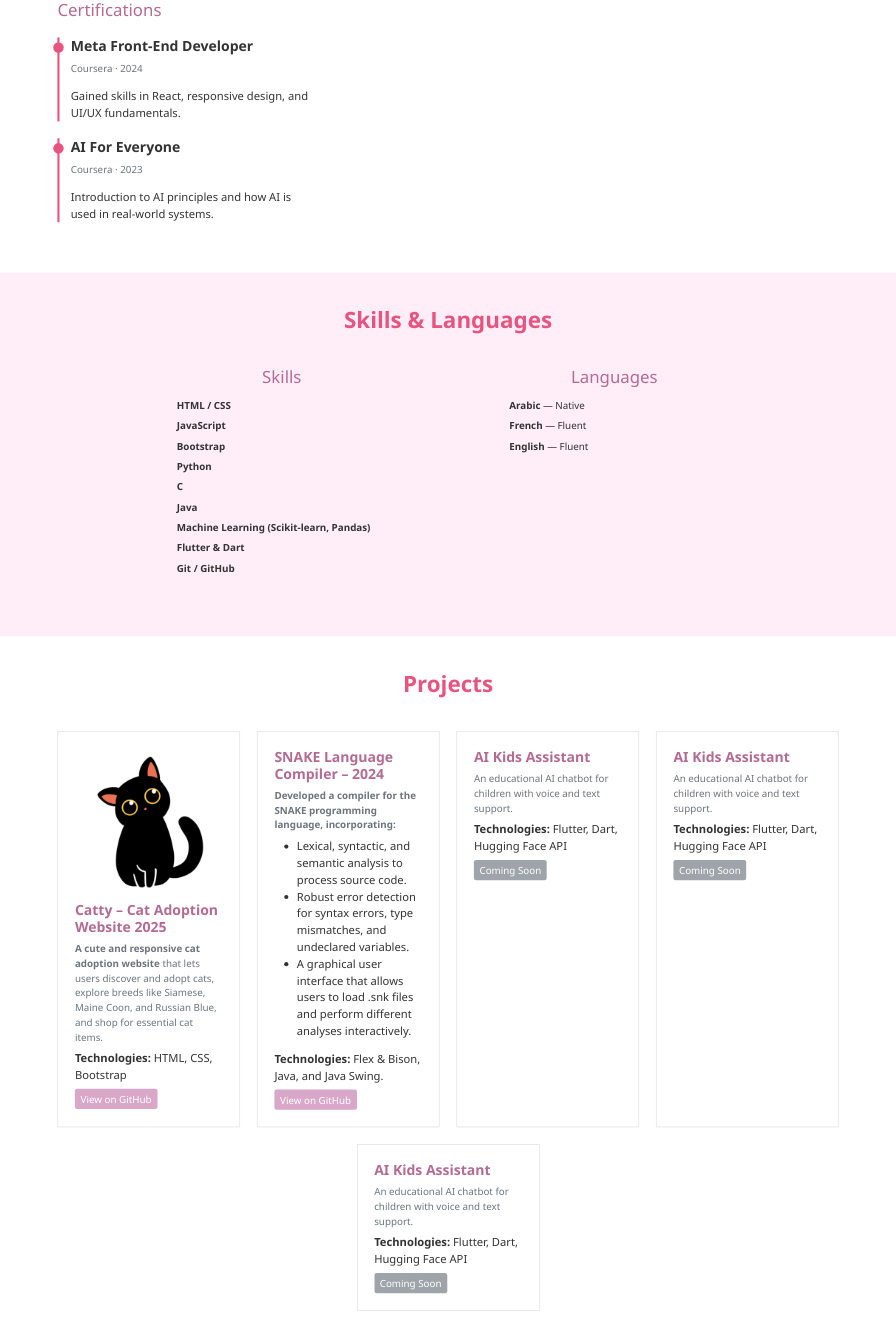
Repository: rihebtlh/portfolio
Page: new.html
These files come from the project's save history. The page is drawn as it stood at one moment and after the next save; the edit follows.
The browser window is 1280 px wide. The pictures show the part of the page from y = 1729 to 3649 px (the page is 3649 px tall), at 70% of full size.

Above is the page before, as saved 2025-07-02 16:16:06.

### new.html
<!DOCTYPE html>
<html lang="en">
<head>
  <meta charset="UTF-8" />
  <meta name="viewport" content="width=device-width, initial-scale=1.0" />
  <title>Riheb Talhi Portfolio</title>
  <link href="https://cdn.jsdelivr.net/npm/bootstrap@5.0.2/dist/css/bootstrap.min.css" rel="stylesheet" />
  <script src="https://cdn.jsdelivr.net/npm/bootstrap@5.0.2/dist/js/bootstrap.bundle.min.js"></script>
  <link rel="stylesheet" href="https://cdn.jsdelivr.net/npm/bootstrap-icons@1.10.5/font/bootstrap-icons.css">


  <style>
    body {
      font-family: 'Segoe UI', sans-serif;
      color: #333;
      background: #fff;
    }

    .navbar {
      background: rgba(255, 255, 255, 0.9);
      box-shadow: 0 4px 6px rgba(0, 0, 0, 0.05);
    }

    .navbar-nav .nav-link {
      color: #b36b94 !important;
      font-weight: 500;
    }

    .navbar-nav .nav-link:hover {
      color: #e75480 !important;
    }

    .btn-secondary {
      background-color: #d9a7c7;
      border: none;
    }

    .btn-secondary:hover {
      background-color: #e2b8d3;
    }

    h1, h2 {
      font-weight: 700;
    }

    .display-2 {
      color: #e75480;
    }

    .display-5 {
      color: #a070a8;
    }

    section {
      padding: 4rem 0;
    }

    .head {
      background-color: #ffeef8;
    }

    .about {
      background-color: #ffffff;
    }

    .about h2 {
      color: #e75480;
    }

    .about p {
      font-size: 1.1rem;
      color: #444;
      max-width: 800px;
    }

    img.rounded-circle {
      border: 4px solid #fff;
    }
    /* Simple timeline style */
  .timeline-item {
    border-left: 3px solid #e75480;
    padding-left: 1rem;
    position: relative;
  }
  .timeline-item::before {
    content: '';
    position: absolute;
    left: -9px;
    top: 0.4rem;
    width: 15px;
    height: 15px;
    background: #e75480;
    border-radius: 50%;
  }
  </style>
</head>
<body>

  <!-- Navbar -->
  <nav class="navbar navbar-expand-md navbar-light fixed-top">
    <div class="container-xxl">
      <button class="navbar-toggler" type="button" data-bs-toggle="collapse" data-bs-target="#main-nav"
        aria-controls="main-nav" aria-expanded="false" aria-label="Toggle navigation">
        <span class="navbar-toggler-icon"></span>
      </button>

      <div class="collapse navbar-collapse justify-content-end align-items-center" id="main-nav">
        <ul class="navbar-nav">
          <li class="nav-item"><a class="nav-link" href="#about">About Me</a></li>
          <li class="nav-item"><a class="nav-link" href="#resume">My Resume</a></li>
          <li class="nav-item"><a class="nav-link" href="#skills">Skills & Languages</a></li>
          <li class="nav-item"><a class="nav-link" href="#projects">Projects</a></li>
          <li class="nav-item ms-2 d-none d-md-inline">
            <a class="btn btn-secondary" href="#contact">Contact me here!</a>
          </li>
        </ul>
      </div>
    </div>
  </nav>

  <!-- Hero Section -->
    <section class="head d-flex align-items-center" style="min-height: 100vh;" id="home">
    <div class="container-lg">
        <div class="row justify-content-center align-items-center">
        <div class="col-md-8 text-start">
            <h1>
            <div class="display-2 fw-bold">Riheb Talhi</div>
            <div class="display-5">Computer Science Student</div>
            <div class="display-6 text-muted">just love to solve real-world problems through creative coding.</div>
            </h1>
        </div>
        <div class="col-md-4 text-center d-none d-md-block">
            <span class="tt" data-bs-placement="bottom" title="pic">
            <img src="/assets/pic.jpg" alt="Your photo" class="img-fluid rounded-circle shadow" style="max-height: 400px;">
            </span>
        </div>
        </div>
    </div>
    </section>


  <!-- About Me Section (White) -->
  <section class="about" id="about">
    <div class="container-lg">
      <div class="row justify-content-center">
        <div class="col-md-5">
          <h2 class="mb-4">About Me</h2>
          <p><strong>Name:</strong> Riheb Talhi</p>
          <p><strong>Email:</strong> talhiriheb@gmail.com</p>
          <p><strong>Education:</strong> university of science and technology of oran - mohamed boudiaf</p>
          <p>
            <i class="bi bi-github text-dark me-2"></i>
            <a href="https://github.com/rihebtlh" target="_blank">@rihebtlh</a>
          </p>
          <p>
            <i class="bi bi-linkedin"></i>
            <a href="https://www.linkedin.com/in/riheb-talhi-bab320293" target="_blank">Talhi Riheb</a>
          </p>
          <p>
            I love building smart, helpful apps and exploring the world of artificial intelligence.
            Currently, I'm focused on AI development especially in natural language processing (NLP) and machine learning (ML).
          </p>

        </div>
      </div>
    </div>
  </section>
  <!-- Resume Section -->
    <section id="resume" class="py-5" style="background:#fff;">
        <div class="container-lg">
            <h2 class="mb-5" style="color:#e75480;">My Resume</h2>
            <div class="row">

            <!-- Education -->
            <div class="col-md-6 mb-4">
                <h4 class="mb-4" style="color:#b36b94;">Education</h4>
                <div class="timeline">
                <div class="timeline-item mb-4">
                    <h5 class="mb-1 fw-bold">University of Science and Technology of Oran - Mohamed Boudiaf</h5>
                    <p class="text-muted mb-0"><small>Bachelor's Degree in Computer Science</small></p>
                    <p class="text-muted"><small>2022 - 2025</small></p>
                    <p>Focused on software development, AI, and data structures.</p>
                </div>
                <!-- Add more education here if needed -->
                </div>
            </div>

            <!-- Experience -->
            <div class="col-md-6 mb-4">
                <h4 class="mb-4" style="color:#b36b94;">Experience</h4>
                <div class="timeline">
                <div class="timeline-item mb-4">
                    <h5 class="mb-1 fw-bold">Internship at XYZ Company</h5>
                    <p class="text-muted mb-0"><small>Summer 2023</small></p>
                    <p>Worked on developing web applications and learning Agile methodologies.</p>
                </div>
                <div class="timeline-item mb-4">
                    <h5 class="mb-1 fw-bold">Freelance Web Developer</h5>
                    <p class="text-muted mb-0"><small>2022 - Present</small></p>
                    <p>Built personal and small business websites with modern UI/UX design.</p>
                </div>
                <!-- Add more experience as needed -->
                </div>
            </div>
            </div>
            <!-- Certifications -->
            <div class="col-md-4 mb-4">
                <h4 class="mb-4" style="color:#b36b94;">Certifications</h4>
                <div class="timeline">
                <div class="timeline-item mb-4">
                    <h5 class="fw-bold">Meta Front-End Developer</h5>
                    <p class="text-muted"><small>Coursera · 2024</small></p>
                    <p>Gained skills in React, responsive design, and UI/UX fundamentals.</p>
                </div>
                <div class="timeline-item mb-4">
                    <h5 class="fw-bold">AI For Everyone</h5>
                    <p class="text-muted"><small>Coursera · 2023</small></p>
                    <p>Introduction to AI principles and how AI is used in real-world systems.</p>
                </div>
                </div>
            </div>
        </div>
    </section>
    <!-- Skills & Languages Section -->
    <section id="skills" class="py-5" style="background-color: #ffeef8;">
    <div class="container-lg text-center">
        <h2 class="mb-5" style="color: #e75480;">Skills & Languages</h2>

        <div class="row justify-content-center">
        <!-- Skills -->
        <div class="col-md-5 mb-4">
            <h4 class="mb-3" style="color: #b36b94;">Skills</h4>
            <ul class="list-unstyled small text-start mx-auto" style="max-width: 300px;">
            <li class="mb-2"><strong>HTML / CSS</strong></li>
            <li class="mb-2"><strong>JavaScript</strong></li>
            <li class="mb-2"><strong>Bootstrap</strong></li>
            <li class="mb-2"><strong>Python</strong></li>
            <li class="mb-2"><strong>C</strong></li>
            <li class="mb-2"><strong>Java</strong></li>
            <li class="mb-2"><strong>Machine Learning (Scikit-learn, Pandas)</strong></li>
            <li class="mb-2"><strong>Flutter & Dart</strong></li>
            <li class="mb-2"><strong>Git / GitHub</strong></li>
            </ul>
        </div>

        <!-- Languages -->
        <div class="col-md-5 mb-4">
            <h4 class="mb-3" style="color: #b36b94;">Languages</h4>
            <ul class="list-unstyled small text-start mx-auto" style="max-width: 300px;">
            <li class="mb-2"><strong>Arabic</strong> — Native</li>
            <li class="mb-2"><strong>French</strong> — Fluent</li>
            <li class="mb-2"><strong>English</strong> — Fluent</li>
            </ul>
        </div>
        </div>
    </div>
    </section>
    <!-- Projects Section -->
    <section id="projects" class="py-5" style="background-color: #fff;">
      <div class="container-lg">
        <h2 class="mb-5 text-center" style="color: #e75480;">Projects</h2>

        <div class="row justify-content-center g-4">

          <!-- Project 1 -->
          <div class="col-md-3">
            <div class="p-4 border rounded-4 h-100" style="border-color: #ffd6e8; background-color: #fff;">
              <!-- Project Image -->
              <img src="assets/catLogo.webp" alt="Catty Website Preview" class="img-fluid rounded mb-2">
              <!-- Project Content -->
              <h5 class="fw-bold" style="color: #b36b94;">Catty – Cat Adoption Website 2025</h5>
              <p class="text-muted small mb-2"><strong>A cute and responsive cat adoption website</strong> that lets users discover and adopt cats, explore breeds like Siamese, Maine Coon, and Russian Blue, and shop for essential cat items.</p>
              <p class="mb-2"><strong>Technologies:</strong> HTML, CSS, Bootstrap</p>
              <a href="https://github.com/rihebtlh/catty-storefront" target="_blank" class="btn btn-sm btn-secondary">View on GitHub</a>
            </div>
          </div>
          <!-- Project 2 -->
          <div class="col-md-3">
            <div class="p-4 border rounded-4 h-100" style="border-color: #ffd6e8;">
              <h5 class="fw-bold" style="color: #b36b94;">SNAKE Language Compiler – 2024</h5>
              <p class="text-muted small mb-2"><strong>Developed a compiler for the SNAKE programming language, incorporating:</strong></p>
              <p class="text-muted small mb-2">
                <ul>
                  <li>Lexical, syntactic, and semantic analysis to process source code.</li>
                  <li>Robust error detection for syntax errors, type mismatches, and undeclared variables.</li>
                  <li>A graphical user interface that allows users to load .snk files and perform different analyses interactively.</li>
                </ul>
              </p>
              <p class="mb-2"><strong>Technologies:</strong> Flex & Bison, Java, and Java Swing.</p>
              <a href="https://github.com/rihebtlh/Compilation" target="_blank" class="btn btn-sm btn-secondary">View on GitHub</a>
            </div>
          </div>
          <!-- Project 3 -->
          <div class="col-md-3">
            <div class="p-4 border rounded-4 h-100" style="border-color: #ffd6e8;">
              <h5 class="fw-bold" style="color: #b36b94;">AI Kids Assistant</h5>
              <p class="text-muted small mb-2">An educational AI chatbot for children with voice and text support.</p>
              <p class="mb-2"><strong>Technologies:</strong> Flutter, Dart, Hugging Face API</p>
              <a href="#" target="_blank" class="btn btn-sm btn-secondary disabled">Coming Soon</a>
            </div>
          </div>
          <!-- Project 4 -->
          <div class="col-md-3">
            <div class="p-4 border rounded-4 h-100" style="border-color: #ffd6e8;">
              <h5 class="fw-bold" style="color: #b36b94;">AI Kids Assistant</h5>
              <p class="text-muted small mb-2">An educational AI chatbot for children with voice and text support.</p>
              <p class="mb-2"><strong>Technologies:</strong> Flutter, Dart, Hugging Face API</p>
              <a href="#" target="_blank" class="btn btn-sm btn-secondary disabled">Coming Soon</a>
            </div>
          </div>
          <!-- Project 5 -->
          <div class="col-md-3">
            <div class="p-4 border rounded-4 h-100" style="border-color: #ffd6e8;">
              <h5 class="fw-bold" style="color: #b36b94;">AI Kids Assistant</h5>
              <p class="text-muted small mb-2">An educational AI chatbot for children with voice and text support.</p>
              <p class="mb-2"><strong>Technologies:</strong> Flutter, Dart, Hugging Face API</p>
              <a href="#" target="_blank" class="btn btn-sm btn-secondary disabled">Coming Soon</a>
            </div>
          </div>

          <!-- Add more projects here -->

        </div>
      </div>
    </section>






  <!-- Tooltip Init -->
  <script>
    const tooltips = document.querySelectorAll('.tt');
    tooltips.forEach(t => {
      new bootstrap.Tooltip(t);
    });
  </script>

</body>
</html>

After the next save:
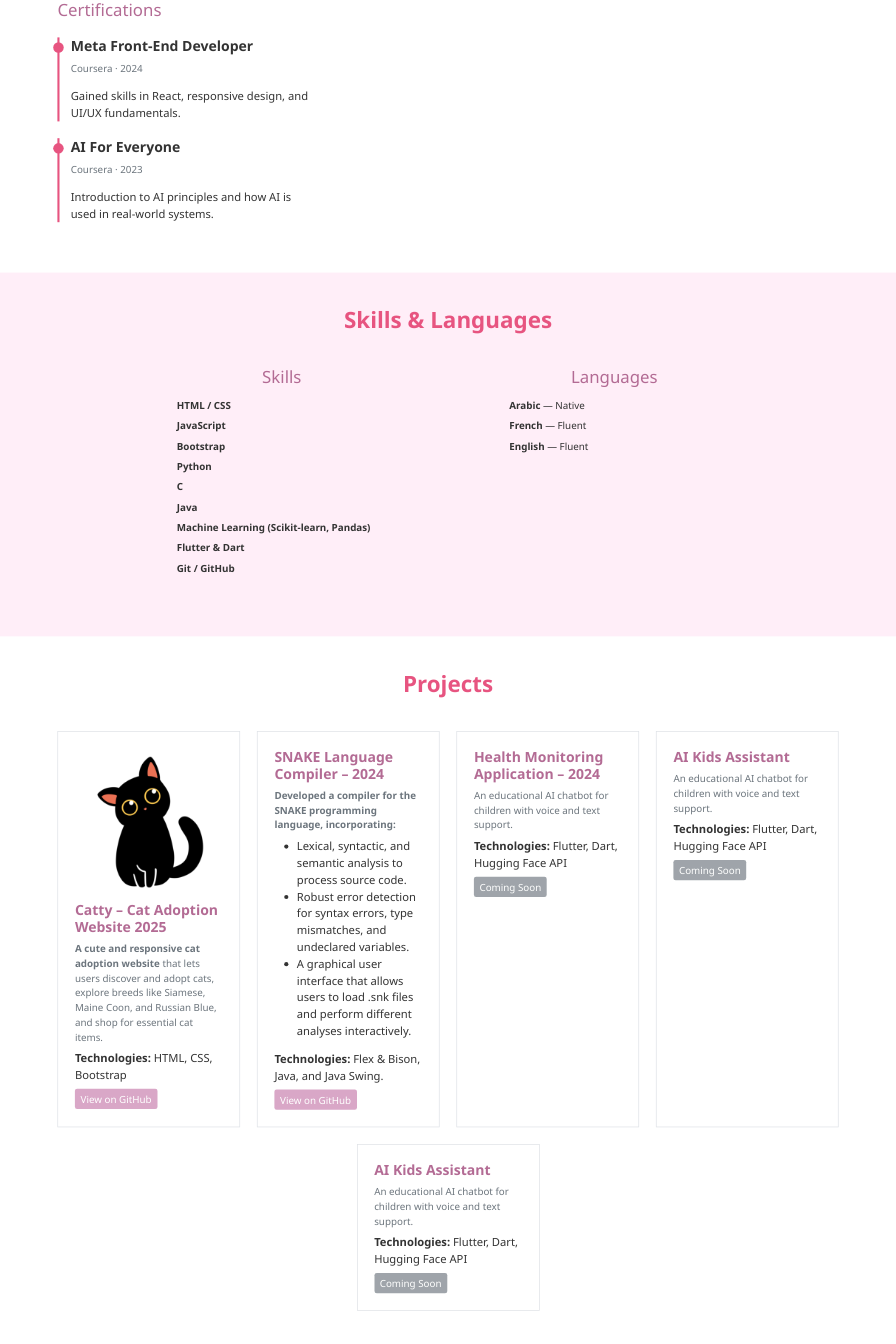
Saved 2 min 24 s later.
--- a/new.html
+++ b/new.html
@@ -293,7 +293,7 @@
           <!-- Project 3 -->
           <div class="col-md-3">
             <div class="p-4 border rounded-4 h-100" style="border-color: #ffd6e8;">
-              <h5 class="fw-bold" style="color: #b36b94;">AI Kids Assistant</h5>
+              <h5 class="fw-bold" style="color: #b36b94;">Health Monitoring Application – 2024</h5>
               <p class="text-muted small mb-2">An educational AI chatbot for children with voice and text support.</p>
               <p class="mb-2"><strong>Technologies:</strong> Flutter, Dart, Hugging Face API</p>
               <a href="#" target="_blank" class="btn btn-sm btn-secondary disabled">Coming Soon</a>
